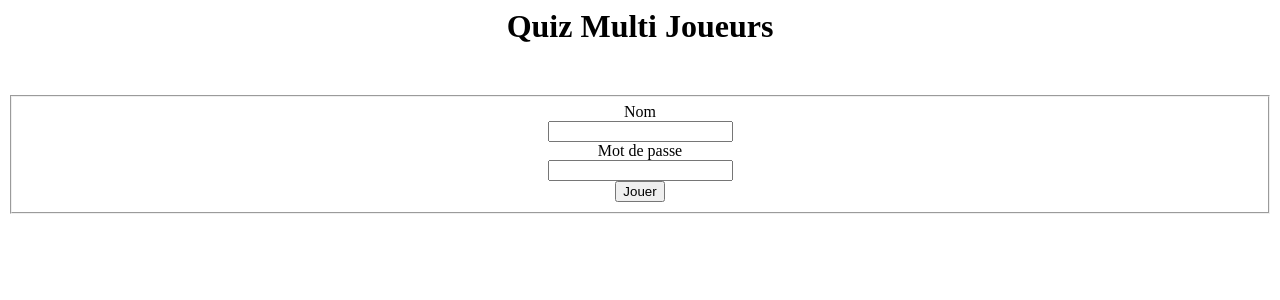
Repository: Serge-D/jeu_mj
Page: http://localhost/
An editor plug-in stored every save of this project. The page is shown before and after the next save, followed by the edit.
The browser window is 1280 px wide. The pictures show the whole page.
The page is served by the project's Node server (server.js).

Above is the page before, as saved 2020-02-06 14:13:02.

### views/home.pug
include includes/head.pug




form#formulaire(action='' method='get')
    fieldset#bordure
        label(for='name') Nom
        br
        input#nameJ1(type='text' name='name')
        br
        label(for='mdp') Mot de passe
        br
        input#mdp(type='password' name= 'mdp')
        br
        input(type='submit' value='Jouer')

### views/includes/head.pug
doctype html
head
  meta(charset='UTF-8')
  link(rel='stylesheet' href='/css/jeu.css')
  title Quiz Multi joueurs
header
  h1 Quiz Multi Joueurs

### server.js
"use strict";

const express = require("express");
const session = require("express-session");
const cookieParser = require("cookie-parser");
const MongoClient = require("mongodb").MongoClient;
const app = express();

app.set("view engine", "pug");

app.use(express.static(__dirname+"/src"));
app.use(cookieParser());
app.use(session({
    secret: "1234Secret",
    saveUninitialized: true,
    resave: false
}));

app.get("/", function(req, res){
    res.render("home");
})









// app.get("/jeu", function(req, res){
//     res.render("jeu");
// })







const server = app.listen(8080, function(){
    console.log("Serveur Démarré");
});

### src/css/jeu.css
/* header */

h1 {
    color: black;
    text-align: center;
    margin-block-start: 0;
}


ul {
    display: flex;
    flex-direction: row;
    justify-content: space-around;
    list-style-type: none;

}

a{
    text-decoration: none;
    font-size: 25px;
    font-family: 'Comic Sans MS',serif;
    color: black;
}

/* section */

#formulaire {
    text-align: center;
    margin-top: 50px;
}


#fenetreDeJeu {
    font-family: 'Comic Sans MS',serif;
    margin-left: auto;
    margin-right: auto;
    margin-top: 90px;
    width: 1200px;
    border: 2px solid black;
    height: 700px;
    position: relative;
}

#numQuestion {
    width: 200px;
    height: 25px;
    border: 2px solid green;
    border-radius: 10px;
    font-size: 18px;
    margin-top: 10px;
    margin-left: auto;
    margin-right: auto;
    text-align: center;
}

#theme {
    width: 350px;
    height: 28px;
    border: 2px solid green;
    border-radius: 10px;
    font-size: 22px;
    margin-top: 10px;
    margin-left: auto;
    margin-right: auto;
    text-align: center;
}

#question {
    width: 950px;
    height: 50px;
    border: 2px solid green;
    border-radius: 10px;
    font-size: 2.1em;
    margin-top: 50px;
    margin-left: auto;
    margin-right: auto;
    text-align: center;
}


#reponseA {
    width: 500px;
    height: 60px;
    border : 2px solid greenyellow;
    border-radius: 50px;
    font-size: 40px;
    margin-top: 25px;
    margin-left: auto;
    margin-right: auto;
    text-align: center;
}

#reponseB {
    width: 500px;
    height: 60px;
    border : 2px solid greenyellow;
    border-radius: 50px;
    font-size: 40px;
    margin-top: 25px;
    margin-left: auto;
    margin-right: auto;
    text-align: center;
}

#reponseC {
    width: 500px;
    height: 60px;
    border : 2px solid greenyellow;
    border-radius: 50px;
    font-size: 40px;
    margin-top: 25px;
    margin-left: auto;
    margin-right: auto;
    text-align: center;
}

#reponseD {
    width: 500px;
    height: 60px;
    border : 2px solid greenyellow;
    border-radius: 50px;
    font-size: 40px;
    margin-top: 25px;
    margin-left: auto;
    margin-right: auto;
    text-align: center;
}

#anecdote {
    width: 1100px;
    height: 50px;
    border: 2px solid blue;
    border-radius: 10px;
    margin-right: auto;
    margin-left: auto;
    margin-top: 40px;
}

After the next save:
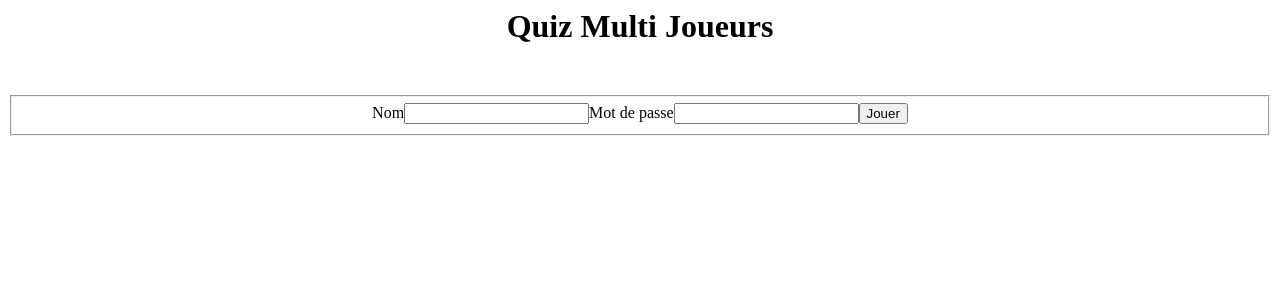
Saved 34 s later.
--- a/views/home.pug
+++ b/views/home.pug
@@ -6,11 +6,11 @@
 form#formulaire(action='' method='get')
     fieldset#bordure
         label(for='name') Nom
-        br
+
         input#nameJ1(type='text' name='name')
-        br
+
         label(for='mdp') Mot de passe
-        br
+
         input#mdp(type='password' name= 'mdp')
-        br
+
         input(type='submit' value='Jouer')

After the 2 saves that followed:
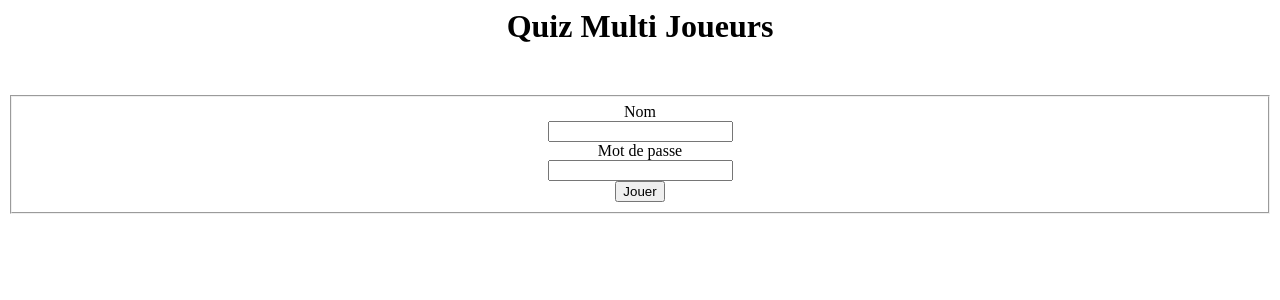
The 2 saves are shown as one change because 1 left the picture as it was.
The last was saved 27 s later.
--- a/views/home.pug
+++ b/views/home.pug
@@ -6,11 +6,11 @@
 form#formulaire(action='' method='get')
     fieldset#bordure
         label(for='name') Nom
-
+        br
         input#nameJ1(type='text' name='name')
-
+        br
         label(for='mdp') Mot de passe
-
+        br
         input#mdp(type='password' name= 'mdp')
-
+        br
         input(type='submit' value='Jouer')
